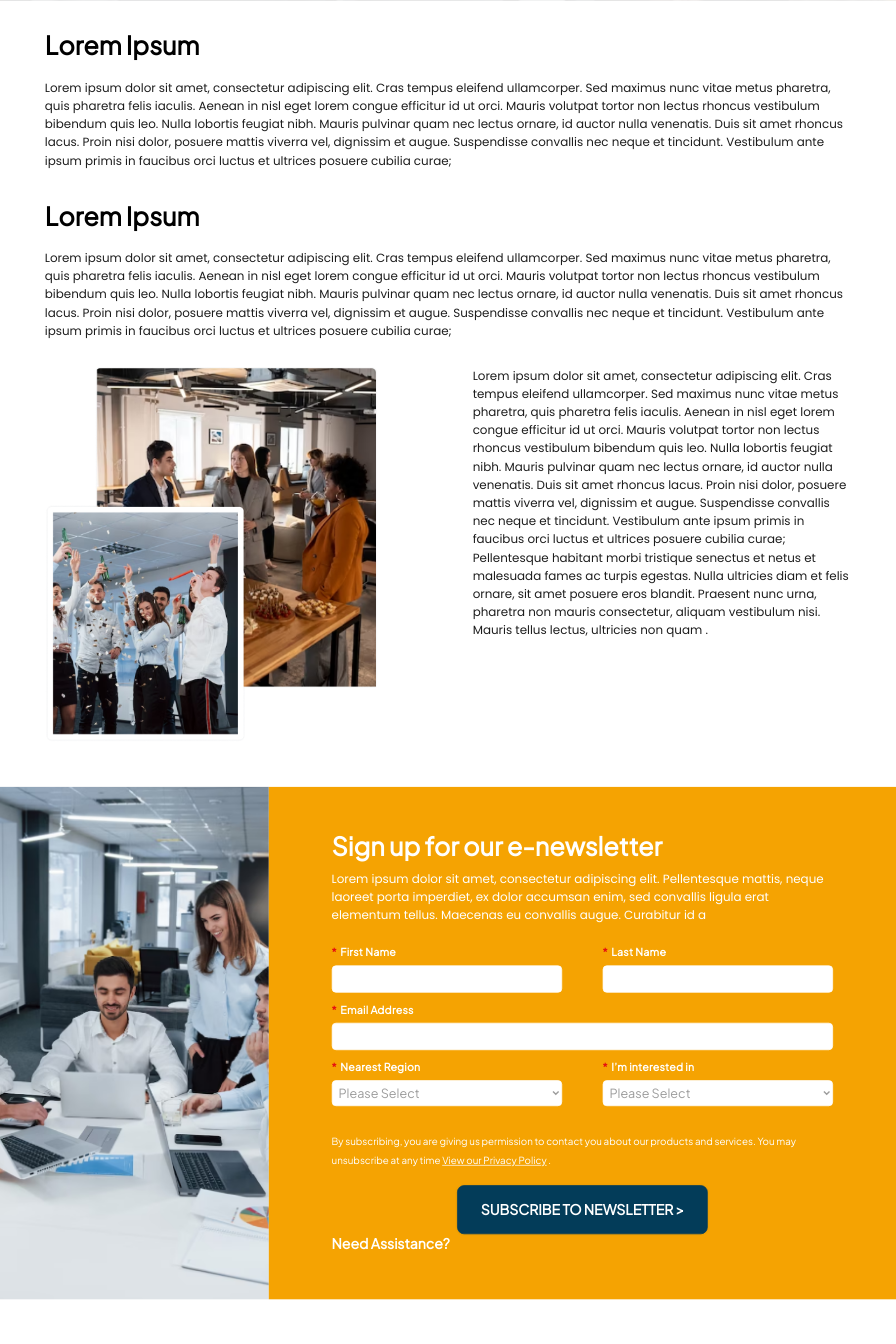
Repository: Akash8377/Hospitality-website
Page: /about-us
The author's editor kept a copy of each file at every save. The page is drawn from the files as they stood at one save, then again after the next save.
The browser window is 1280 px wide. The pictures show the part of the page from y = 683 to 2603 px (the page is 2603 px tall), at 70% of full size.
Some web libraries are served in a nearby version. The project was rebuilt for these pictures with package versions that can differ from the ones it lists, and the page was loaded fresh each time. Also part of the build but not shown: src/Component/Partial/heading-cont.js, src/Component/Shared/about-us.js, src/Component/Shared/Banner.js, src/Component/Shared/popular-jobs.js, src/Component/Sliders/ServiceSlider.js, src/Component/Sliders/ReviewSlider.js, src/Component/Partial/index-banner.js, src/Component/Partial/index-buisness-banner.js and 2 more.

Above is the page before, as saved 2023-07-07 12:20:35.

After the next save:
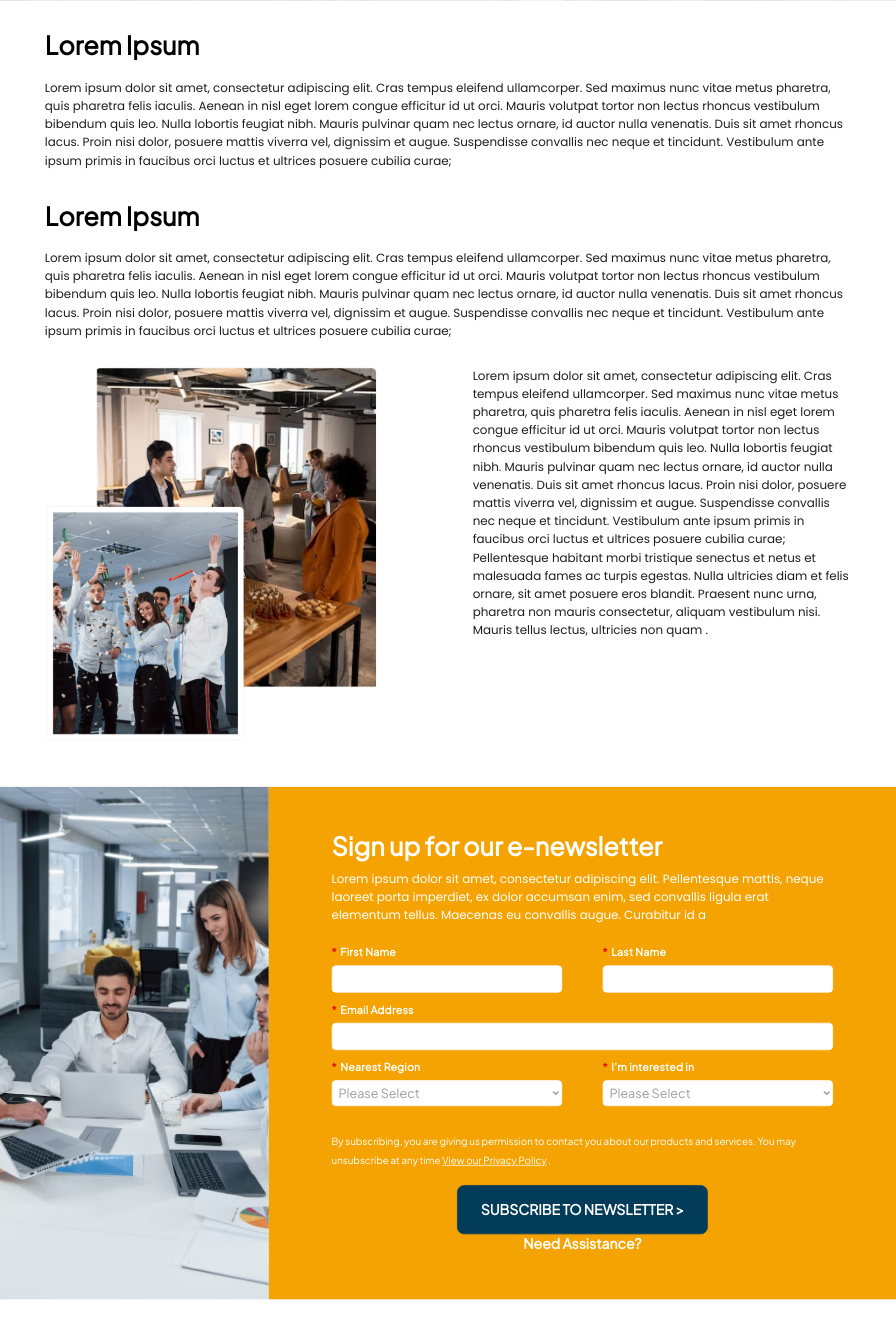
Saved 7 s later.
--- a/src/Css/Lap.css
+++ b/src/Css/Lap.css
@@ -926,4 +926,5 @@
   font-style: normal;
   font-weight: 700;
   line-height: normal;
-}
+  text-align: center;
+}
